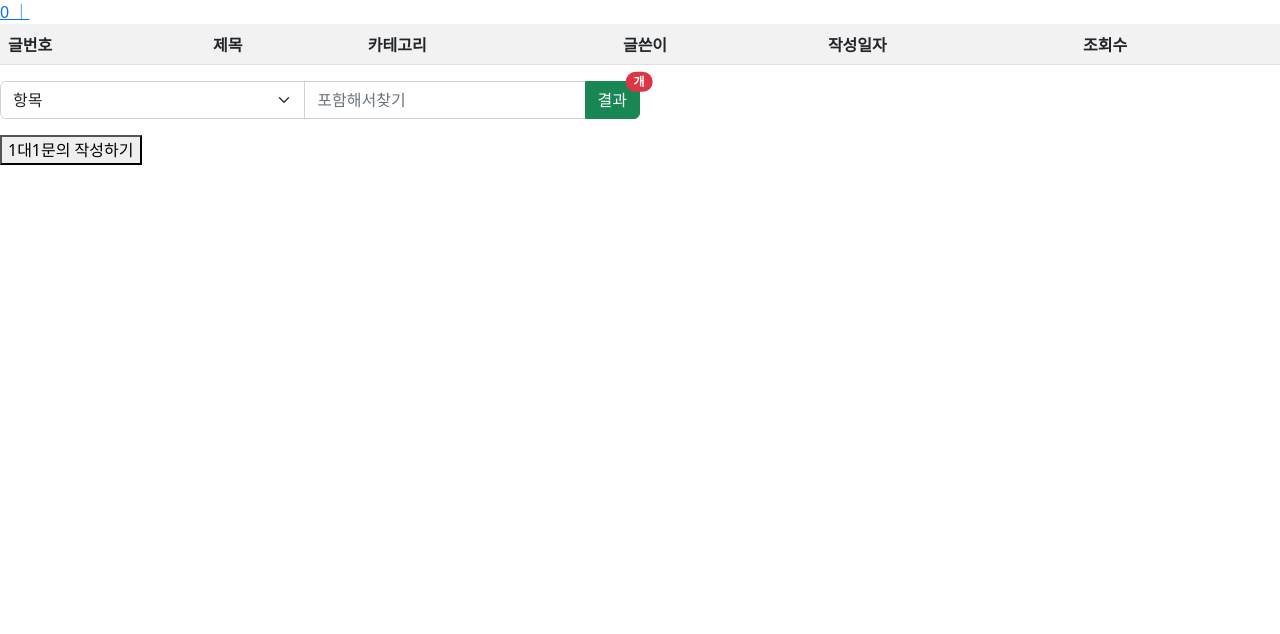
Repository: leehyeonung/project4
Page: http://localhost/book/WEB-INF/views/board/list.jsp
The author's editor kept a copy of each file at every save. The page is drawn from the files as they stood at one save, then again after the next save.
The browser window is 1280 px wide. The pictures show the whole page.
Pictures or frames that could not be fetched are drawn as grey boxes. The page is served by Tomcat 9. Nobody is signed in. The template is opened directly, without the code that normally fills it, so the values that code supplies are empty.

Above is the page before, as saved 2023-01-06 04:04:00.

After the next save:
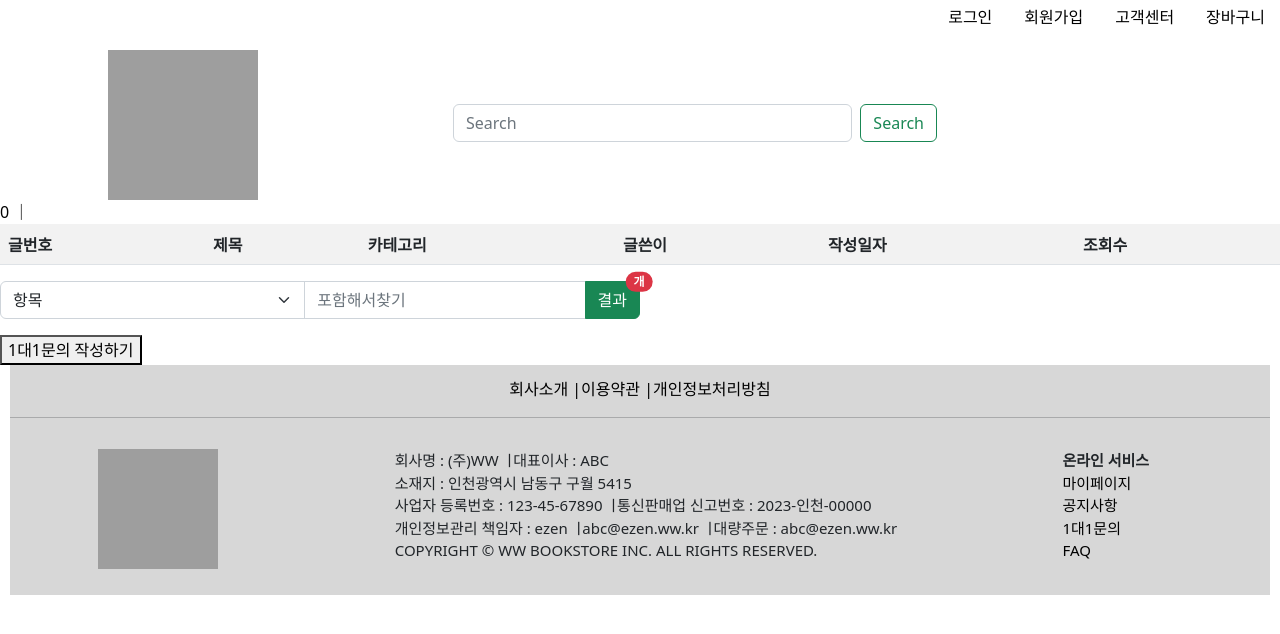
Saved 93 s later.
--- a/book/src/main/webapp/WEB-INF/views/board/list.jsp
+++ b/book/src/main/webapp/WEB-INF/views/board/list.jsp
@@ -10,7 +10,7 @@
 <title>Insert title here</title>
 </head>
 <body>
-
+<jsp:include page="../layout/header.jsp"></jsp:include>
 
 	<table class="table table-striped">
 			<tr>
@@ -103,5 +103,6 @@
 	</form>
 	</div>
 <a href="/board/register"><button>1대1문의 작성하기</button></a>
+<jsp:include page="../layout/footer.jsp"></jsp:include>
 </body>
 </html>
